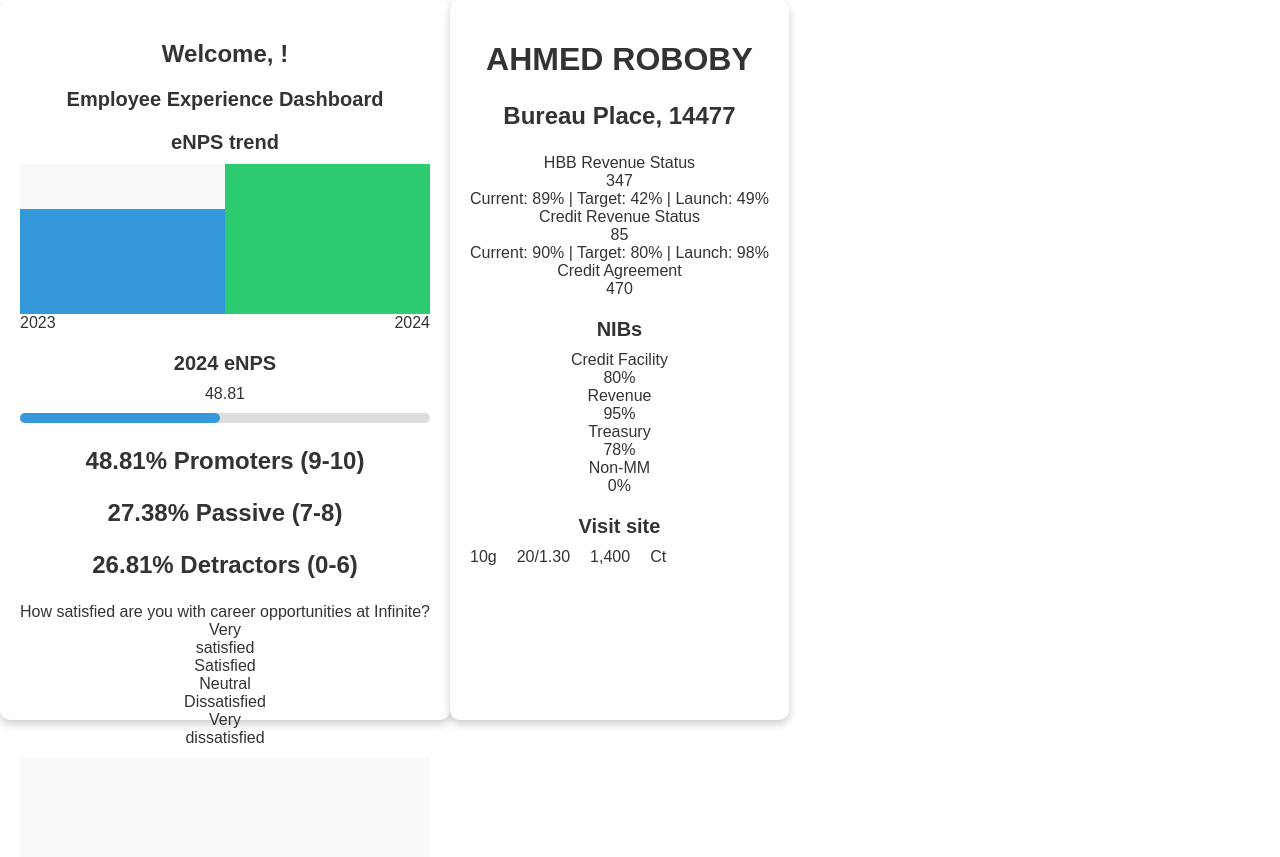
Repository: Ramaryal33/Airline-Management-System
Page: http://localhost/Airline_Management_System/WEB-INF/page/staffDashboard.jsp
An editor plug-in stored every save of this project. The page is shown before and after the next save, followed by the edit.
The browser window is 1280 px wide. The pictures show the whole page.
Backgrounds fixed to the window are drawn as part of the page. The page is served by Tomcat 10. Nobody is signed in. The template is opened directly, without the code that normally fills it, so the values that code supplies are empty.

Above is the page before, as saved 2025-05-01 14:59:24.
Not found: Airline_Management_System/Airline_Management_System/images/airline-bg.jpg

After the next save:
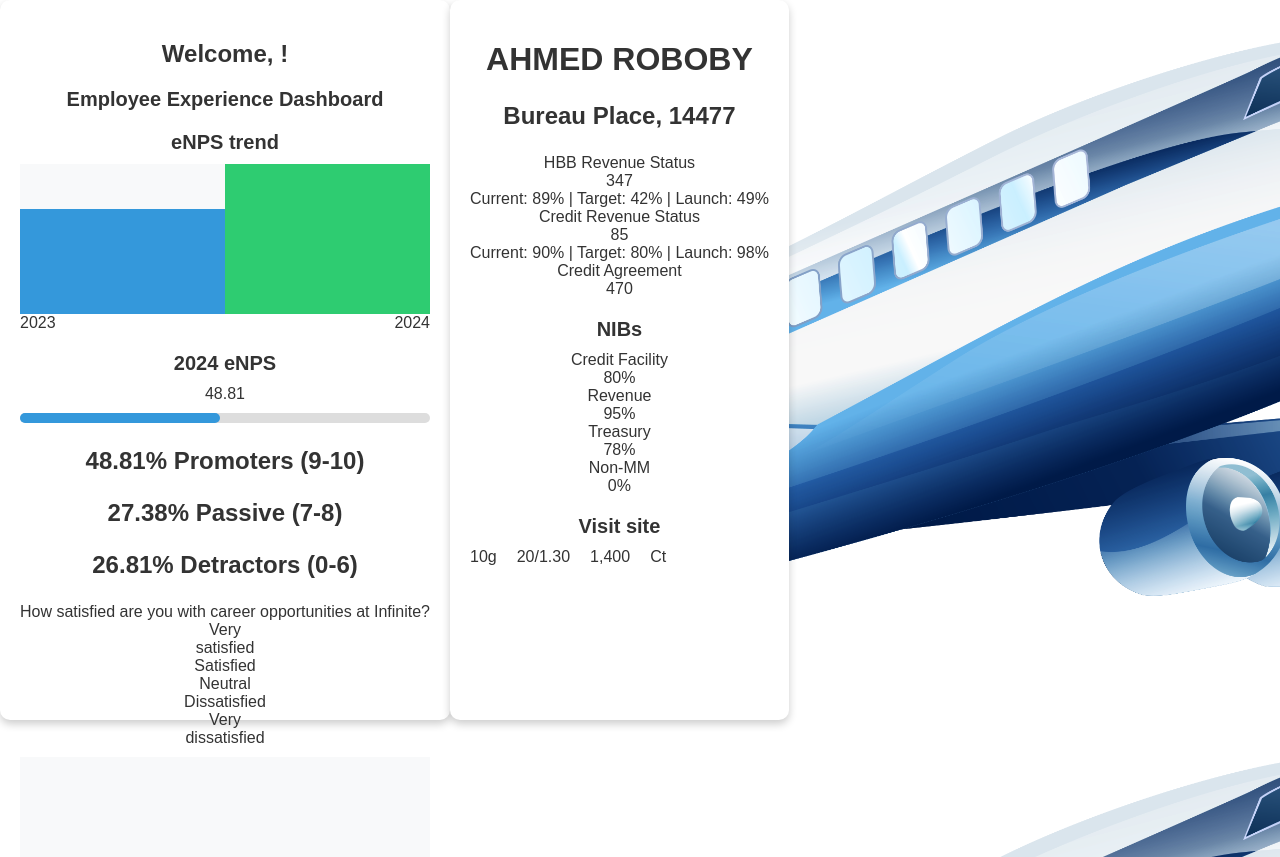
Saved 27 min 19 s later.
--- a/Airline_Management_System/src/main/webapp/css/staff.css
+++ b/Airline_Management_System/src/main/webapp/css/staff.css
@@ -1,7 +1,7 @@
 body {
     margin: 0;
     font-family: Arial, sans-serif;
-    background: url('../images/airline-bg.jpg') no-repeat center center fixed;
+    background: url('/images/plane.png') no-repeat center center fixed;
     background-size: cover;
     color: #fff;
 }
